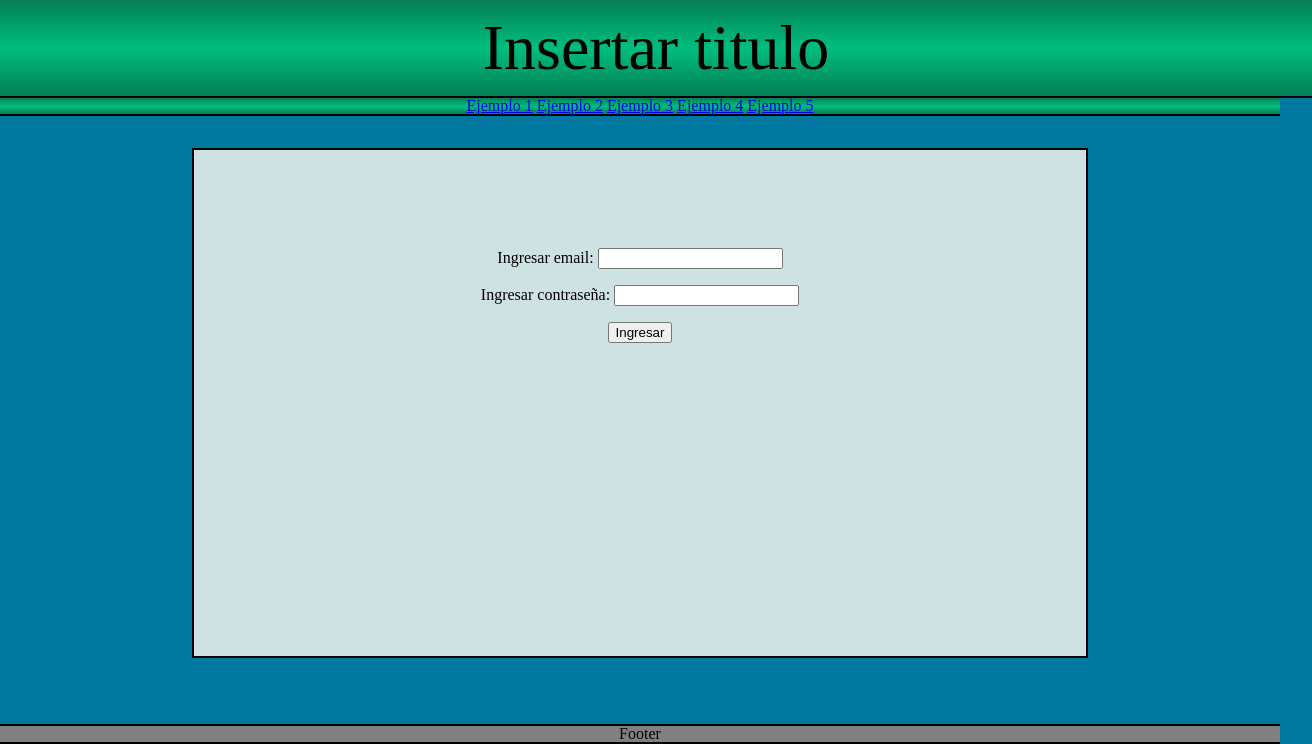
Repository: FacundoKinderknecht/Parcial-2-LPPA
Page: login/login.html
An editor plug-in stored every save of this project. The page is shown before and after the next save, followed by the edit.
The browser window is 1280 px wide. The page is 1312 px wide, so the pictures cover 1312 px, including what lies to the right of the window. The pictures show the whole page.

Above is the page before, as saved 2022-07-06 10:33:12.

After the next save:
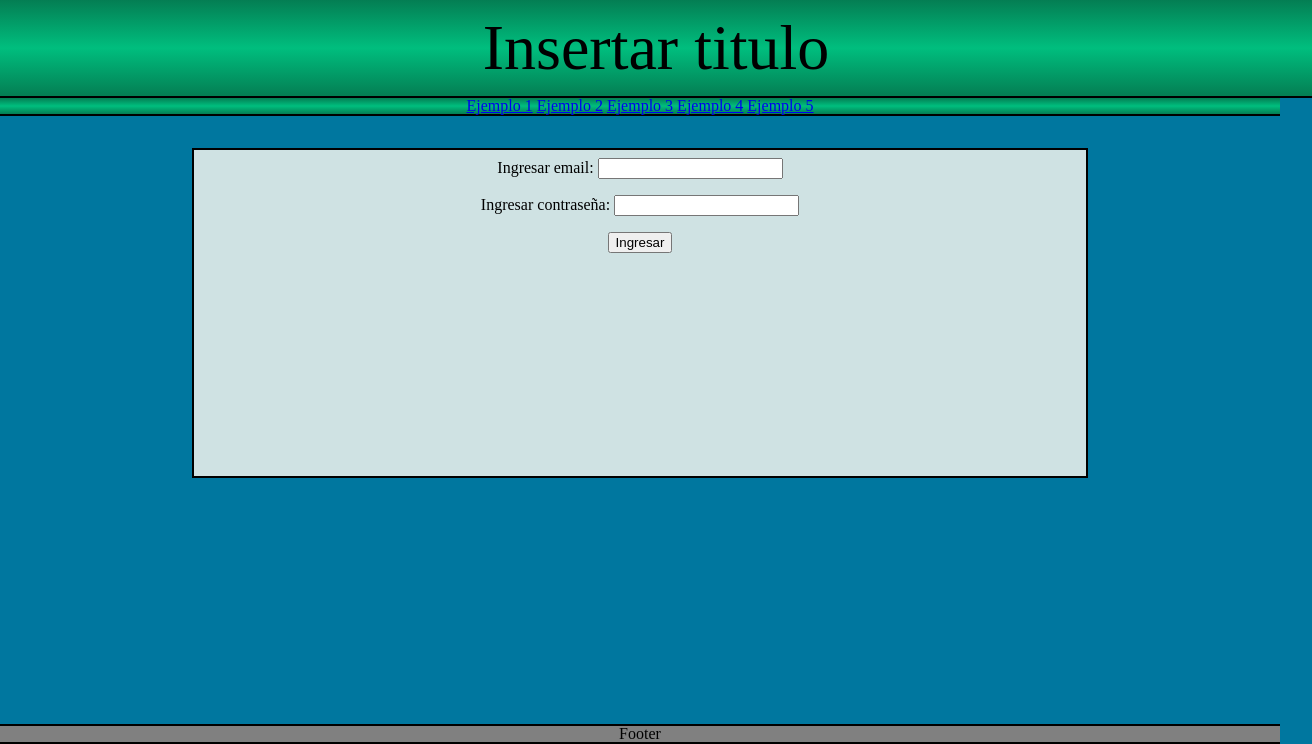
Saved 18 s later.
--- a/login/login.css
+++ b/login/login.css
@@ -31,8 +31,8 @@ main{
 }
 form{
     background-color: rgb(207, 226, 227);  border: black solid 2px;
-    padding: 10%;
     height: 60%;
+    align-items: center;
 }
 div{
     padding: 0.5rem;
